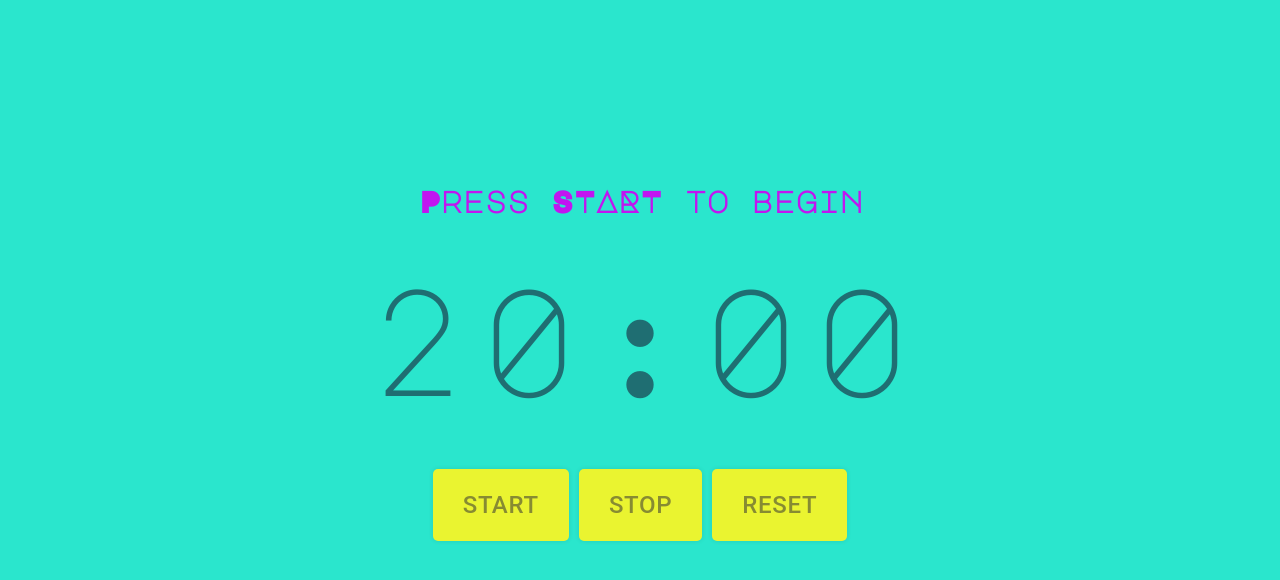
Repository: realistmccoy/pomodoro
Page: /
The author's editor kept a copy of each file at every save. The page is drawn from the files as they stood at one save, then again after a run of saves.
The browser window is 1280 px wide. The pictures show the whole page.
The project was rebuilt for these pictures with package versions that can differ from the ones it lists, and the page was loaded fresh each time.

Above is the page before, as saved 2020-12-10 01:02:35.

After the next 2 saves:
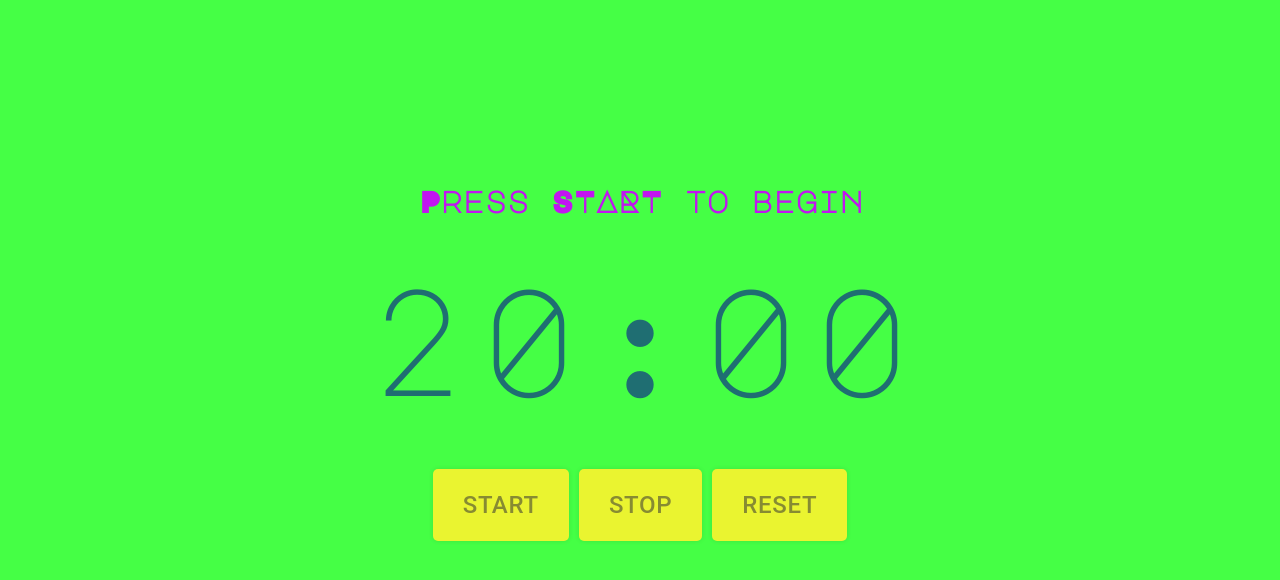
The 2 saves are shown as one change because they came seconds apart.
The last was saved 76 s later.
--- a/src/App.css
+++ b/src/App.css
@@ -19,7 +19,7 @@ body {
   flex-direction: column;
   align-items: center;
   justify-content: center;
-  background: #2ae6cd;
+  background: #45ff45;
   color: #2f9153;
 }
 
